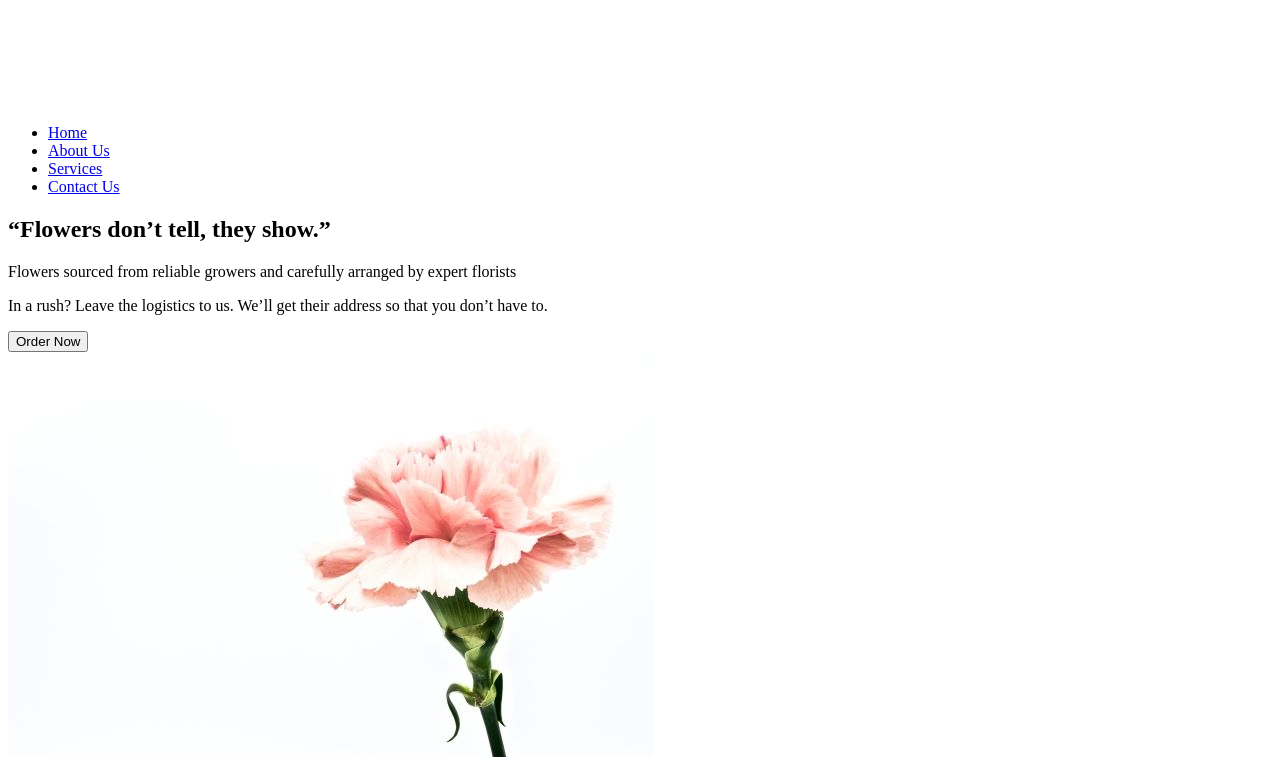
Repository: SaadYasin/test003-flex-box
Page: index.html
These files come from the project's save history. The page is drawn as it stood at one moment and after the next save; the edit follows.
The browser window is 1280 px wide. The pictures show the whole page.

Above is the page before, as saved 2022-10-30 14:46:23.

### index.html
<!DOCTYPE html>
<html lang="en">
<head>
  <meta charset="UTF-8">
  <meta http-equiv="X-UA-Compatible" content="IE=edge">
  <meta name="viewport" content="width=device-width, initial-scale=1.0">
  <title>Business Assistant</title>

  <link rel="stylesheet" href="style.css">
</head>
<body>
  <header>
    <div class="header-container">
      <!-- <h1 class="logo">Flora</h1> -->
      <img src="./images/flora-icon.png" alt="">
      <nav>
        <ul>
          <li><a href="#">Home</a></li>
          <li><a href="#">About Us</a></li>
          <li><a href="#">Services</a></li>
          <li><a href="#">Contact Us</a></li>
        </ul>
      </nav>
    </div>
  </header>
  <section class="hero-section">
    <div class="hero-text">
      <h1 class="hero-title">“Flowers don’t tell, they show.”</h1>
      <p class="hero-paragraph">Flowers sourced from reliable growers and carefully arranged by expert florists</p>
      <p class="hero-paragraph">In a rush? Leave the logistics to us. We’ll get their address so that you don’t have to.</p>
      <button type="button" class="coa-btn">Order Now</button>
    </div>
    <div><img src="./images/alesia_flower-small.jpg" alt="" class="hero-img"></div>
  </section>
</body>
</html>

### style.css
body {
  background: ;
}

After the next save:
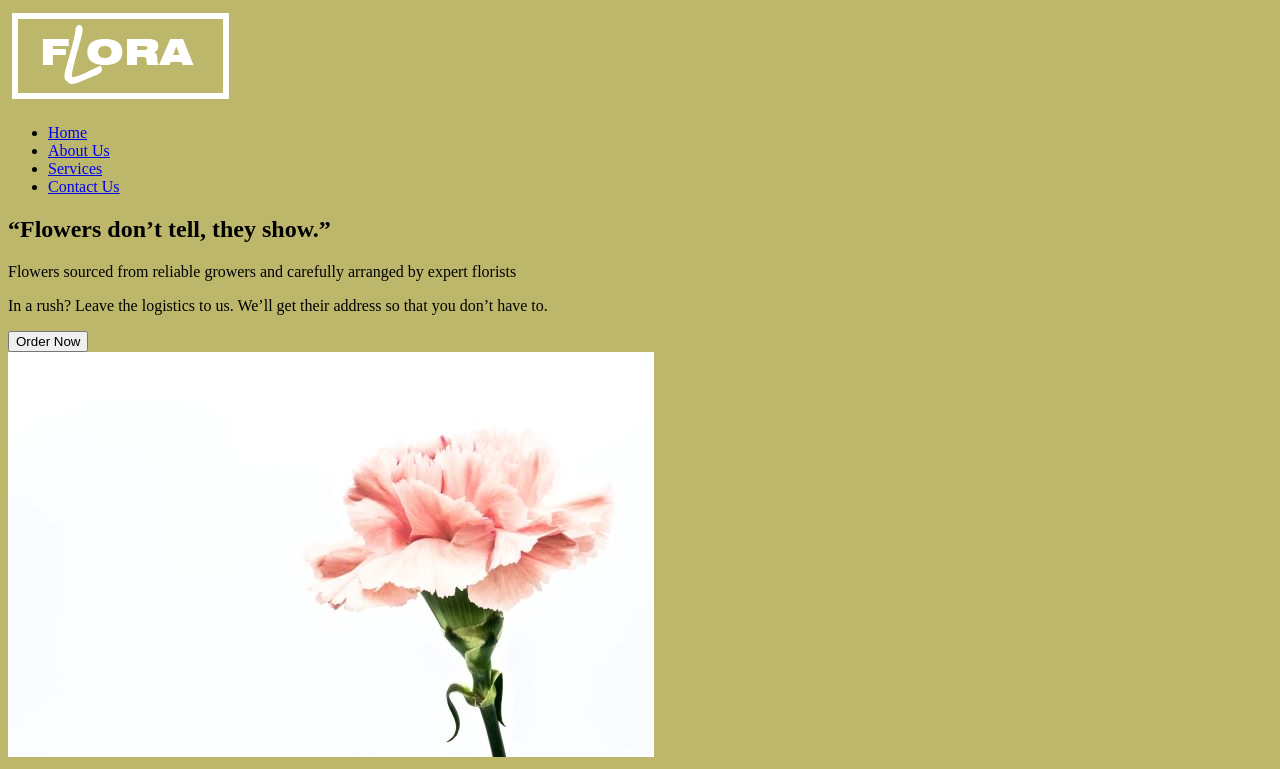
Saved 23 s later.
--- a/style.css
+++ b/style.css
@@ -1,3 +1,3 @@
 body {
-  background: ;
+  background: darkkhaki;
 }
